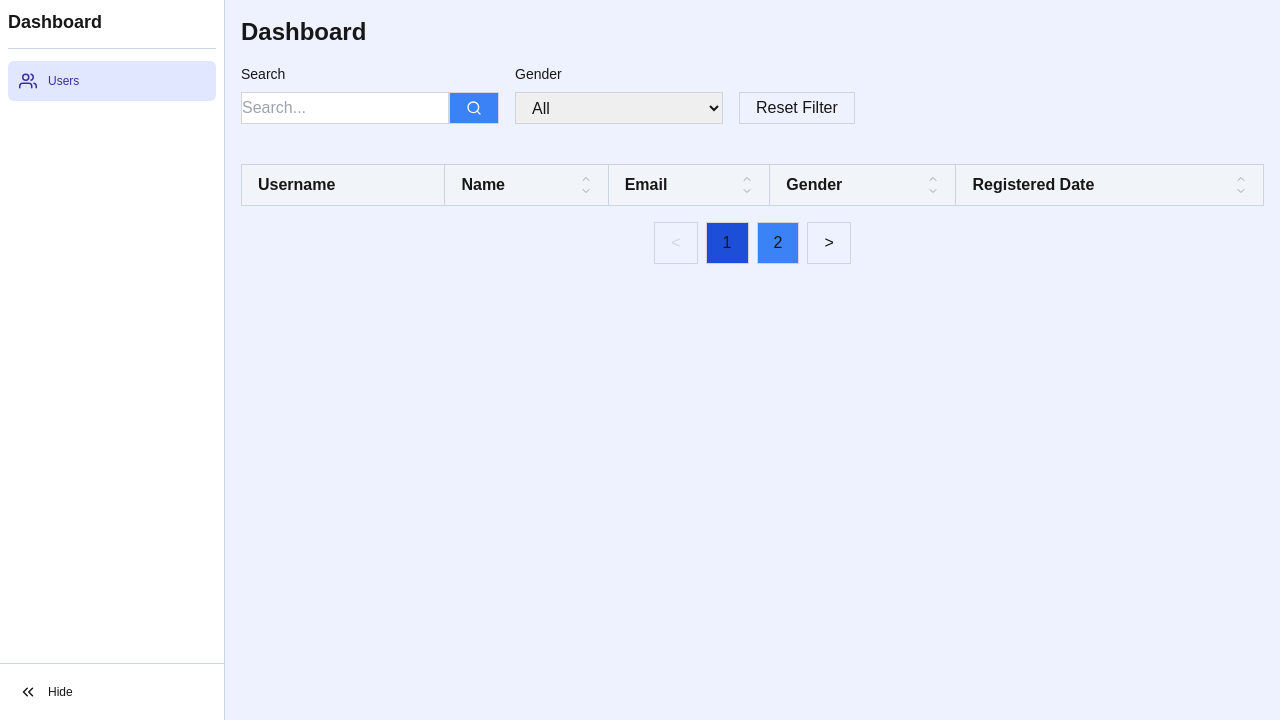
Repository: Ademaulana100499/userdashboard
Page: /
The author's editor kept a copy of each file at every save. The page is drawn from the files as they stood at one save, then again after the next save.
The browser window is 1280 px wide. The pictures show the whole page.
The page's requests for data from a server got no answer. The project was rebuilt for these pictures with package versions that can differ from the ones it lists, and the page was loaded fresh each time. The framework's server and built-in components were replaced by stand-ins that run in the browser. No one was signed in, and anything a server would have sent is missing. Also part of the build but not shown: next.config.mjs.

Above is the page before, as saved 2025-02-14 22:25:17.

### src/pages/index.js
import React from "react";
import Sidebar from "@/components/Sidebar";
import DashboardContent from "@/components/DashboardContent";
const Dashboard = () => {
  return (
    <div className="flex bg-indigo-50">
      <Sidebar />
      <DashboardContent />
    </div>
  );
};

export default Dashboard;

### src/components/Sidebar.jsx
import React, { useState } from "react";
import { FiChevronsRight, FiUsers } from "react-icons/fi";
import { motion } from "framer-motion";
const Sidebar = () => {
  const [open, setOpen] = useState(true);
  const [selected, setSelected] = useState("Users");

  return (
    <motion.nav
      layout
      className="sticky top-0 h-screen shrink-0 border-r border-slate-300 bg-white p-2"
      style={{
        width: open ? "225px" : "fit-content",
      }}>
      <TitleSection open={open} />

      <div className="space-y-1">
        <Option
          Icon={FiUsers}
          title="Users"
          selected={selected}
          setSelected={setSelected}
          open={open}
        />
      </div>

      <ToggleClose open={open} setOpen={setOpen} />
    </motion.nav>
  );
};

const Option = ({ Icon, title, selected, setSelected, open, notifs }) => {
  return (
    <motion.button
      layout
      onClick={() => setSelected(title)}
      className={`relative flex h-10 w-full items-center rounded-md transition-colors ${
        selected === title
          ? "bg-indigo-100 text-indigo-800"
          : "text-slate-500 hover:bg-slate-100"
      }`}>
      <motion.div
        layout
        className="grid h-full w-10 place-content-center text-lg">
        <Icon />
      </motion.div>
      {open && (
        <motion.span
          layout
          initial={{ opacity: 0, y: 12 }}
          animate={{ opacity: 1, y: 0 }}
          transition={{ delay: 0.125 }}
          className="text-xs font-medium">
          {title}
        </motion.span>
      )}

      {notifs && open && (
        <motion.span
          initial={{ scale: 0, opacity: 0 }}
          animate={{
            opacity: 1,
            scale: 1,
          }}
          style={{ y: "-50%" }}
          transition={{ delay: 0.5 }}
          className="absolute right-2 top-1/2 size-4 rounded bg-indigo-500 text-xs text-white">
          {notifs}
        </motion.span>
      )}
    </motion.button>
  );
};

const TitleSection = ({ open }) => {
  return (
    <div className="mb-3 border-b border-slate-300 pb-3">
      <div className="flex cursor-pointer items-center justify-between rounded-md transition-colors hover:bg-slate-100">
        <div className="flex justify-center items-center">
          {open && (
            <motion.div
              layout
              initial={{ opacity: 0, y: 12 }}
              animate={{ opacity: 1, y: 0 }}
              transition={{ delay: 0.125 }}>
              <span className="block text-lg font-semibold">Dashboard</span>
            </motion.div>
          )}
        </div>
      </div>
    </div>
  );
};

const ToggleClose = ({ open, setOpen }) => {
  return (
    <motion.button
      layout
      onClick={() => setOpen((pv) => !pv)}
      className="absolute bottom-0 left-0 right-0 border-t border-slate-300 transition-colors hover:bg-slate-100">
      <div className="flex items-center p-2">
        <motion.div
          layout
          className="grid size-10 place-content-center text-lg">
          <FiChevronsRight
            className={`transition-transform ${open && "rotate-180"}`}
          />
        </motion.div>
        {open && (
          <motion.span
            layout
            initial={{ opacity: 0, y: 12 }}
            animate={{ opacity: 1, y: 0 }}
            transition={{ delay: 0.125 }}
            className="text-xs font-medium">
            Hide
          </motion.span>
        )}
      </div>
    </motion.button>
  );
};

export default Sidebar;

### src/components/DashboardContent.jsx
import { FiChevronUp, FiChevronDown } from "react-icons/fi";
import { useState, useEffect } from "react";
import { FiSearch } from "react-icons/fi";

const DashboardContent = () => {
  const [data, setData] = useState([]);
  const [filteredData, setFilteredData] = useState([]); // For filtered data
  const [sortConfig, setSortConfig] = useState({ key: null, direction: null });
  const [selectedGender, setSelectedGender] = useState("all"); // Gender filter state
  const [searchKeyword, setSearchKeyword] = useState(""); // For search keyword
  const [currentPage, setCurrentPage] = useState(1); // Track current page
  const itemsPerPage = 5; // Number of items to display per page

  const fetchData = async () => {
    try {
      const response = await fetch(`https://randomuser.me/api/?results=10`);
      const result = await response.json();
      setData(result.results);
      setFilteredData(result.results); // Initialize filteredData with all data
    } catch (error) {
      console.error("Error fetching data:", error);
    }
  };

  useEffect(() => {
    fetchData();
  }, []);

  const handleSort = (key) => {
    let direction = "asc";
    if (sortConfig.key === key && sortConfig.direction === "asc") {
      direction = "desc";
    }
    setSortConfig({ key, direction });

    setFilteredData((prevData) =>
      [...prevData].sort((a, b) => {
        const valueA = getNestedValue(a, key);
        const valueB = getNestedValue(b, key);

        if (valueA < valueB) return direction === "asc" ? -1 : 1;
        if (valueA > valueB) return direction === "asc" ? 1 : -1;
        return 0;
      })
    );
  };

  const handleSearch = () => {
    // Filter data based on searchKeyword only when the search button is clicked
    const filtered = data.filter((user) =>
      `${user.name.first} ${user.name.last}`
        .toLowerCase()
        .includes(searchKeyword.toLowerCase())
    );
    setFilteredData(filtered);
  };

  const handleGenderFilter = (gender) => {
    setSelectedGender(gender);
    if (gender === "all") {
      setFilteredData(data); // Show all data if "All" is selected
    } else {
      const filtered = data.filter((user) => user.gender === gender);
      setFilteredData(filtered); // Filter based on selected gender
    }
  };

  const handleResetFilter = () => {
    // Reset filters
    setSelectedGender("all");
    setSearchKeyword("");
    setFilteredData(data); // Reset filtered data to the original
  };

  const getNestedValue = (obj, path) => {
    return path
      .split(".")
      .reduce((acc, key) => (acc && acc[key] ? acc[key] : ""), obj);
  };

  const getSortIconStyle = (key) => {
    return sortConfig.key === key ? "text-black" : "text-gray-400";
  };

  // Paginate the filtered data based on the current page
  const paginateData = (data) => {
    const indexOfLastItem = currentPage * itemsPerPage;
    const indexOfFirstItem = indexOfLastItem - itemsPerPage;
    return data.slice(indexOfFirstItem, indexOfLastItem);
  };

  // Handle page change
  const handlePageChange = (page) => {
    setCurrentPage(page);
  };

  // Calculate total pages based on filtered data
  const totalPages = Math.ceil(filteredData.length / itemsPerPage);

  return (
    <div className="flex-1 p-4">
      <h1 className="text-2xl font-semibold mb-4">Dashboard</h1>
      <div className="flex gap-4 items-center mb-10">
        {/* Search */}
        <div className="flex flex-col  gap-2">
          <label htmlFor="search" className="text-sm">
            Search
          </label>
          <div className="flex items-center">
            <input
              type="text"
              id="search"
              value={searchKeyword}
              onChange={(e) => setSearchKeyword(e.target.value)} // Update search keyword
              placeholder="Search..."
              className=" w-52 border border-gray-300 h-8"
            />
            <button
              type="button"
              onClick={handleSearch}
              className="bg-blue-500 border border-gray-300 text-white px-4 h-8  hover:bg-blue-600">
              <FiSearch />
            </button>
          </div>
        </div>

        {/* Gender Filter */}
        <div className="flex flex-col gap-2">
          <label htmlFor="gender" className="text-sm">
            Gender
          </label>
          <select
            name="gender"
            id="gender"
            value={selectedGender}
            onChange={(e) => handleGenderFilter(e.target.value)} // Update gender filter
            className="w-52 border border-gray-300 px-3 h-8 text-left">
            <option value="all">All</option>
            <option value="male">Male</option>
            <option value="female">Female</option>
          </select>
        </div>

        {/* Reset Filter Button */}
        <div className="flex flex-col justify-between gap-5">
          <div></div>
          {/* Reset Filter Button */}
          <button
            type="button"
            onClick={handleResetFilter}
            className="border border-gray-300  px-4 h-8 hover:bg-gray-400 mt-2">
            Reset Filter
          </button>
        </div>
      </div>

      <table className="min-w-full table-auto border-collapse border border-slate-300 mt-4">
        <thead>
          <tr className="bg-slate-100">
            <th className="border border-slate-300 px-4 py-2 text-left">
              Username
            </th>
            <th className="border border-slate-300 px-4 py-2 text-left">
              <div className="flex justify-between items-center">
                <span>Name</span>
                <div className="flex flex-col items-center">
                  <FiChevronUp
                    onClick={() => handleSort("name.first")}
                    className={`text-xs cursor-pointer ${getSortIconStyle(
                      "name.first"
                    )}`}
                  />
                  <FiChevronDown
                    onClick={() => handleSort("name.first")}
                    className={`text-xs cursor-pointer ${getSortIconStyle(
                      "name.first"
                    )}`}
                  />
                </div>
              </div>
            </th>
            <th className="border border-slate-300 px-4 py-2 text-left">
              <div className="flex justify-between items-center">
                <span>Email</span>
                <div className="flex flex-col items-center">
                  <FiChevronUp
                    onClick={() => handleSort("email")}
                    className={`text-xs cursor-pointer ${getSortIconStyle(
                      "email"
                    )}`}
                  />
                  <FiChevronDown
                    onClick={() => handleSort("email")}
                    className={`text-xs cursor-pointer ${getSortIconStyle(
                      "email"
                    )}`}
                  />
                </div>
              </div>
            </th>
            <th className="border border-slate-300 px-4 py-2 text-left">
              <div className="flex justify-between items-center">
                <span>Gender</span>
                <div className="flex flex-col items-center">
                  <FiChevronUp
                    onClick={() => handleSort("gender")}
                    className={`text-xs cursor-pointer ${getSortIconStyle(
                      "gender"
                    )}`}
                  />
                  <FiChevronDown
                    onClick={() => handleSort("gender")}
                    className={`text-xs cursor-pointer ${getSortIconStyle(
                      "gender"
                    )}`}
                  />
                </div>
              </div>
            </th>
            <th className="border border-slate-300 px-4 py-2 text-left">
              <div className="flex justify-between items-center">
                <span>Registered Date</span>
                <div className="flex flex-col items-center">
                  <FiChevronUp
                    onClick={() => handleSort("registered.date")}
                    className={`text-xs cursor-pointer ${getSortIconStyle(
                      "registered.date"
                    )}`}
                  />
                  <FiChevronDown
                    onClick={() => handleSort("registered.date")}
                    className={`text-xs cursor-pointer ${getSortIconStyle(
                      "registered.date"
                    )}`}
                  />
                </div>
              </div>
            </th>
          </tr>
        </thead>
        <tbody>
          {paginateData(filteredData).map((user, index) => (
            <tr key={index} className="hover:bg-slate-50">
              <td className="border border-slate-300 px-4 py-2">
                {user.login.username}
              </td>
              <td className="border border-slate-300 px-4 py-2">
                {user.name.title} {user.name.first} {user.name.last}
              </td>
              <td className="border border-slate-300 px-4 py-2">
                {user.email}
              </td>
              <td className="border border-slate-300 px-4 py-2">
                {user.gender}
              </td>
              <td className="border border-slate-300 px-4 py-2">
                {new Date(user.registered.date)
                  .toLocaleString("id-ID", {
                    day: "2-digit",
                    month: "2-digit",
                    year: "numeric",
                    hour: "2-digit",
                    minute: "2-digit",
                  })
                  .replace(",", "")
                  .replace("/", "-")
                  .replace("/", "-")
                  .replace(".", ":")}
              </td>
            </tr>
          ))}
        </tbody>
      </table>

      {/* Pagination controls */}
      <div className="flex justify-center items-center mt-4 space-x-2">
        {/* Left Arrow */}
        <button
          onClick={() => handlePageChange(currentPage - 1)}
          disabled={currentPage === 1}
          className="px-4 py-2 border border-gray-300    disabled:text-gray-300">
          &lt;
        </button>

        {/* Page Numbers */}
        <button
          onClick={() => handlePageChange(1)}
          className={`px-4 py-2 bg-blue-500  border border-gray-300 hover:bg-blue-600 ${
            currentPage === 1 ? "bg-blue-700" : ""
          }`}>
          1
        </button>

        <button
          onClick={() => handlePageChange(2)}
          className={`px-4 py-2 bg-blue-500  border border-gray-300 hover:bg-blue-600 ${
            currentPage === 2 ? "bg-blue-700" : ""
          }`}>
          2
        </button>

        {/* Right Arrow */}
        <button
          onClick={() => handlePageChange(currentPage + 1)}
          disabled={currentPage === totalPages}
          className="px-4 py-2 border border-gray-300  disabled:text-gray-300">
          &gt;
        </button>
      </div>
    </div>
  );
};

export default DashboardContent;

Loaded but not shown: src/pages/_app.js (common file); src/pages/_document.js (common file); src/styles/globals.css (common file); tailwind.config.mjs (common file)

After the next save:
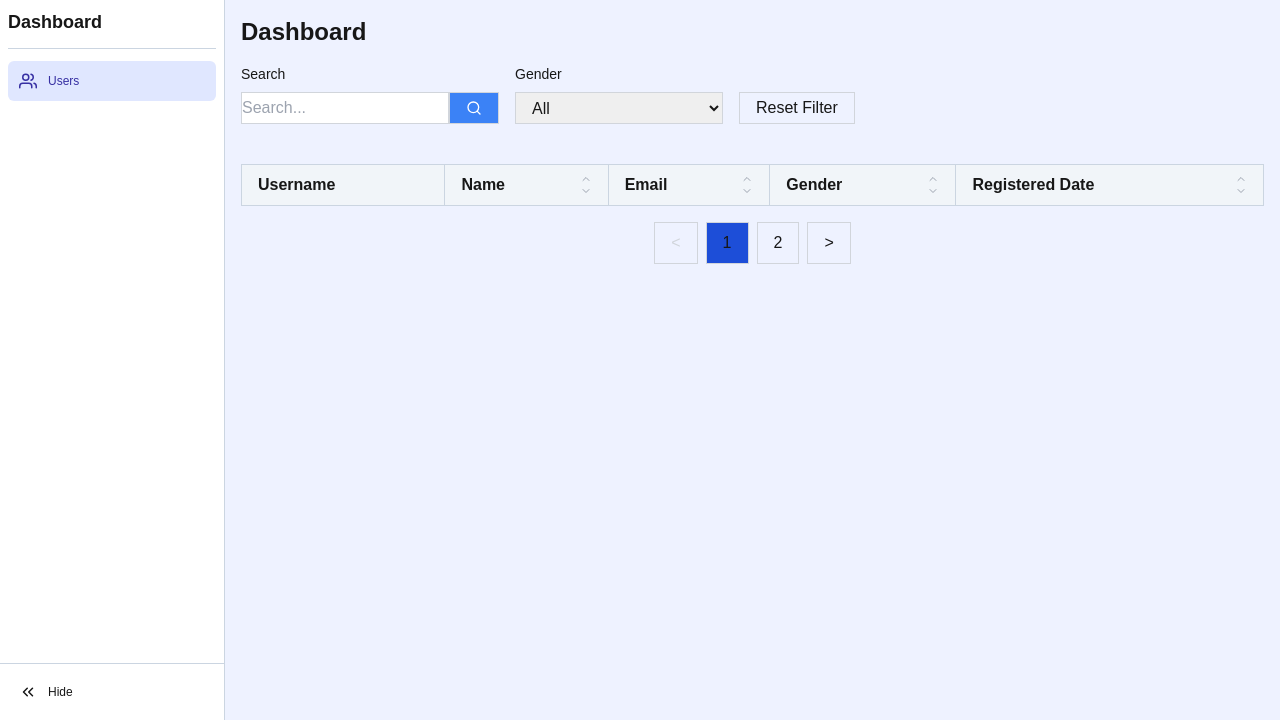
Saved 27 s later.
--- a/src/components/DashboardContent.jsx
+++ b/src/components/DashboardContent.jsx
@@ -285,7 +285,7 @@ const DashboardContent = () => {
         {/* Page Numbers */}
         <button
           onClick={() => handlePageChange(1)}
-          className={`px-4 py-2 bg-blue-500  border border-gray-300 hover:bg-blue-600 ${
+          className={`px-4 py-2  border border-gray-300  ${
             currentPage === 1 ? "bg-blue-700" : ""
           }`}>
           1
@@ -293,7 +293,7 @@ const DashboardContent = () => {
 
         <button
           onClick={() => handlePageChange(2)}
-          className={`px-4 py-2 bg-blue-500  border border-gray-300 hover:bg-blue-600 ${
+          className={`px-4 py-2  border border-gray-300 ${
             currentPage === 2 ? "bg-blue-700" : ""
           }`}>
           2
